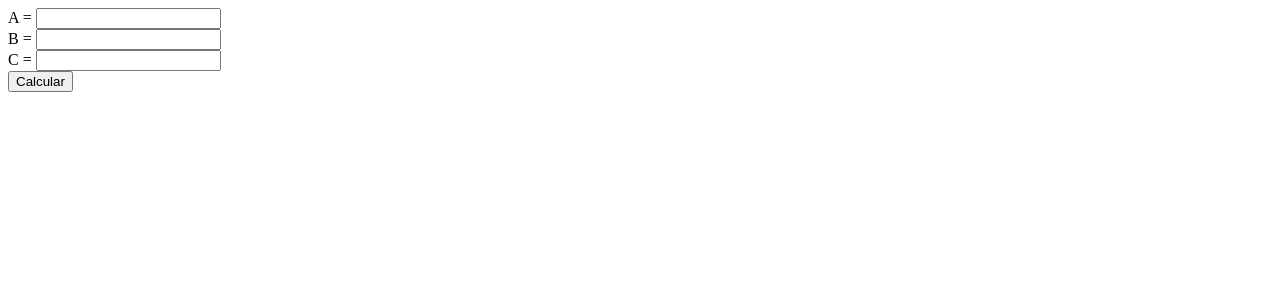
Repository: LustosaJunior/DesenvolvimentoWeb
Page: 2021-04-13 - Exercícios JSP/Aluno/WebContent/index.html
These files come from the project's save history. The page is drawn as it stood at one moment and after the next save; the edit follows.
The browser window is 1280 px wide. The pictures show the whole page.

Above is the page before, as saved 2021-04-14 00:44:22.

### 2021-04-13 - Exercícios JSP/Aluno/WebContent/index.html
<!DOCTYPE html>
<html>
	<head>
		<meta charset="ISO-8859-1">
		<title>Calcula Média</title>
	</head>
	<body>
		<form action="Aluno.jsp" method="post">
			A = <input type="number" name="a"><br>
			B = <input type="number" name="b"><br>
			C = <input type="number" name="c"><br>

			<input type="submit" value="Calcular">
		</form>
	</body>
</html>

After the next save:
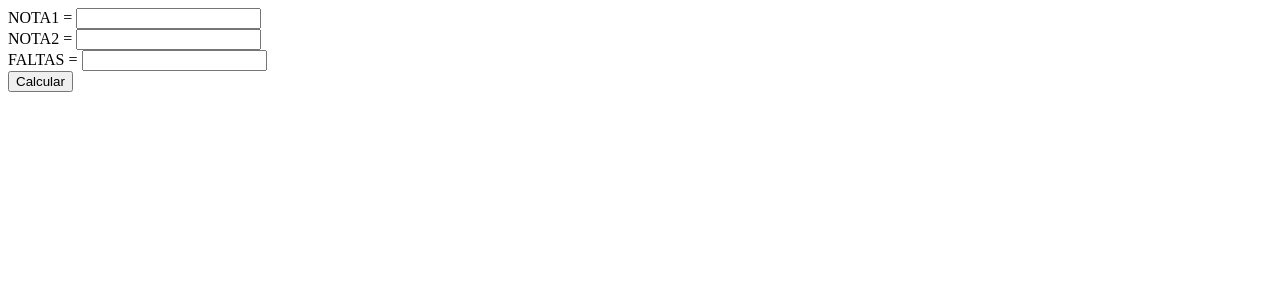
Saved 23 s later.
--- a/2021-04-13 - Exercícios JSP/Aluno/WebContent/index.html
+++ b/2021-04-13 - Exercícios JSP/Aluno/WebContent/index.html
@@ -6,9 +6,9 @@
 	</head>
 	<body>
 		<form action="Aluno.jsp" method="post">
-			A = <input type="number" name="a"><br>
-			B = <input type="number" name="b"><br>
-			C = <input type="number" name="c"><br>
+			NOTA1 = <input type="number" name="a"><br>
+			NOTA2 = <input type="number" name="b"><br>
+			FALTAS = <input type="number" name="c"><br>
 
 			<input type="submit" value="Calcular">
 		</form>
